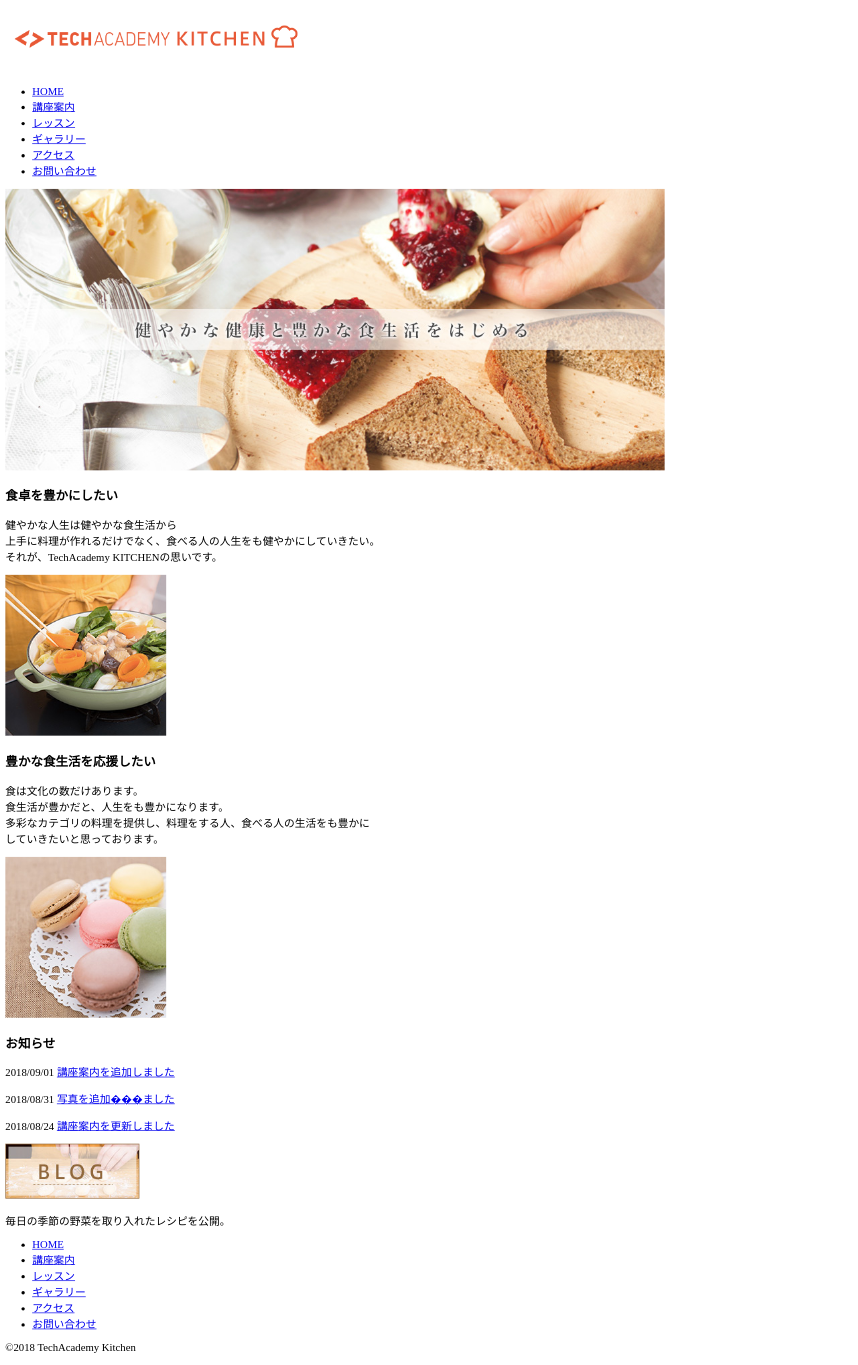
Repository: niwabarubossa/microposts
Page: kitchen.html
The author's editor kept a record of every edit. The page is drawn from the files as they stood at one moment, then again after the next edit.
The browser window is 1280 px wide. The pictures show the whole page, at 67% of full size.

Above is the page before.

### kitchen.html
<!DOCTYPE html>
<html lang="ja">
    <head>
        <meta charset="UTF-8">
        <title>TechAcademy KITCHEN</title>
    </head>
    <body>
        <!--ここからヘッダー-->
        <header>
            <img src="images_kitchen/logo.png" alt="TechAcademy KITCHEN">
            <nav class="global-nav">
                <ul class="global-menu">
                    <li><a href="#">HOME</a></li>
                    <li><a href="#">講座案内</a></li>
                    <li><a href="#">レッスン</a></li>
                    <li><a href="#">ギャラリー</a></li>
                    <li><a href="#">アクセス</a></li>
                    <li><a href="#">お問い合わせ</a></li>
                </ul>
            </nav>
        </header>
        <!--ヘッダーここまで-->
        <!--ここからメインビジュアル画像-->
        <div class="main_visual">
            <img src="images_kitchen/main_visual.jpg" alt="this is a main logo">
        </div>
        <div id="main_visual">
        </div>
        <!--メインビジュアル画像ここまで-->
        <!--wrapperー-->
        <div id="wrapper">
            <div class="topic">
                <div id="topic1">
                    <h3>食卓を豊かにしたい</h3>
                    <p>健やかな人生は健やかな食生活から<br>
                    上手に料理が作れるだけでなく、食べる人の人生をも健やかにしていきたい。<br>
                    それが、TechAcademy KITCHENの思いです。
                    </p>
                    <img src="images_kitchen/photo01.jpg" alt="this is a capture">
                </div>
                <div id="topic2">
                    <h3>豊かな食生活を応援したい</h3>
                    <p>食は文化の数だけあります。<br>
                    食生活が豊かだと、人生をも豊かになります。<br>
                    多彩なカテゴリの料理を提供し、料理をする人、食べる人の生活をも豊かに<br>
                    していきたいと思っております。</p>
                    <img src="images_kitchen/photo02.jpg" alt="this is a capture">
                </div>
                <div id="news">
                    <h3>お知らせ</h3>
                    <p>2018/09/01 <a href="#">講座案内を追加しました</a></p>
                    <p>2018/08/31 <a href="#">写真を追加���ました</a></p>
                    <p>2018/08/24 <a href="#">講座案内を更新しました</a></p>
                </div>

            </div>
            <aside>
                <div class="sidebar">
                    <img src="images_kitchen/banner01.jpg">
                    <p>毎日の季節の野菜を取り入れたレシピを公開。</p>
                </div>
            </aside>
        </div>
        <!--wrapperここまで-->
    </body>
    <footer>
        <ul class="footer-menu">
            <li><a href="#">HOME</a></li>
            <li><a href="#">講座案内</a></li>
            <li><a href="#">レッスン</a></li>
            <li><a href="#">ギャラリー</a></li>
            <li><a href="#">アクセス</a></li>
            <li><a href="#">お問い合わせ</a></li>
        </ul>
        <p>©︎2018 TechAcademy Kitchen</p>
    </footer>
</html>

After the next edit:
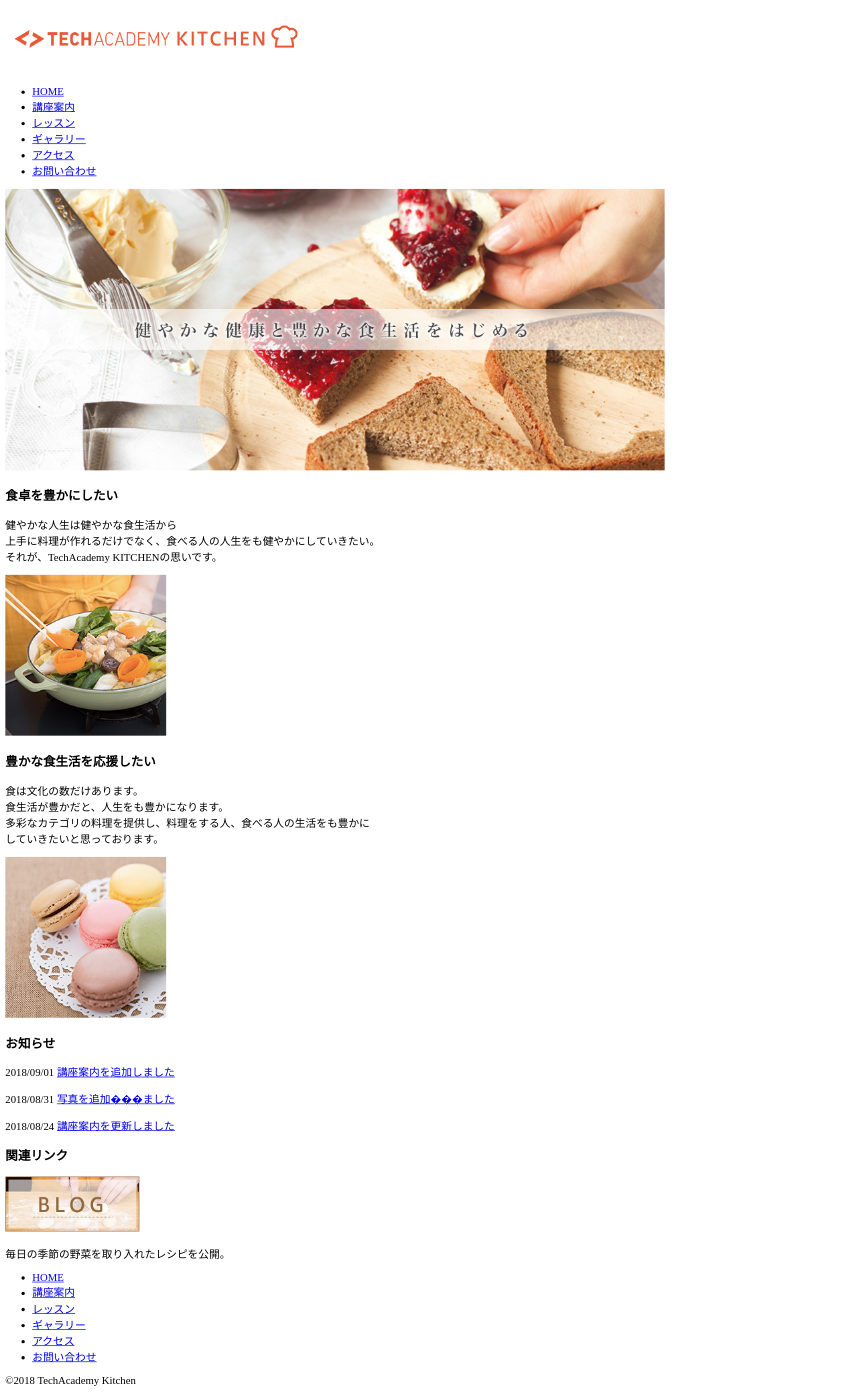
The edit:
--- a/kitchen.html
+++ b/kitchen.html
@@ -56,6 +56,7 @@
             </div>
             <aside>
                 <div class="sidebar">
+                    <h3>関連リンク</h3>
                     <img src="images_kitchen/banner01.jpg">
                     <p>毎日の季節の野菜を取り入れたレシピを公開。</p>
                 </div>
